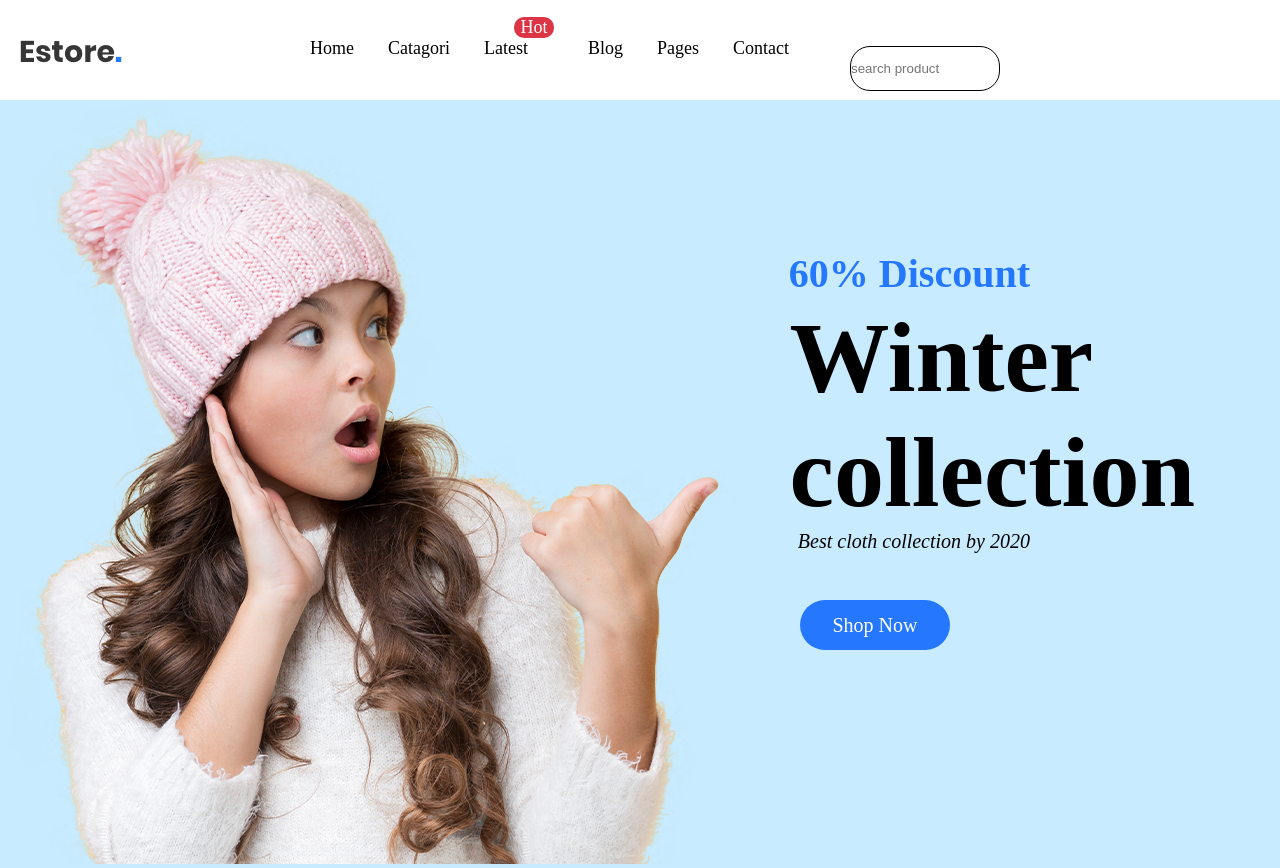
Repository: nhutduy0803/template1
Page: index.html
The author's editor kept a copy of each file at every save. The page is drawn from the files as they stood at one save, then again after the next save.
The browser window is 1280 px wide. The pictures show the whole page.

Above is the page before, as saved 2021-12-02 21:52:07.

After the next save:
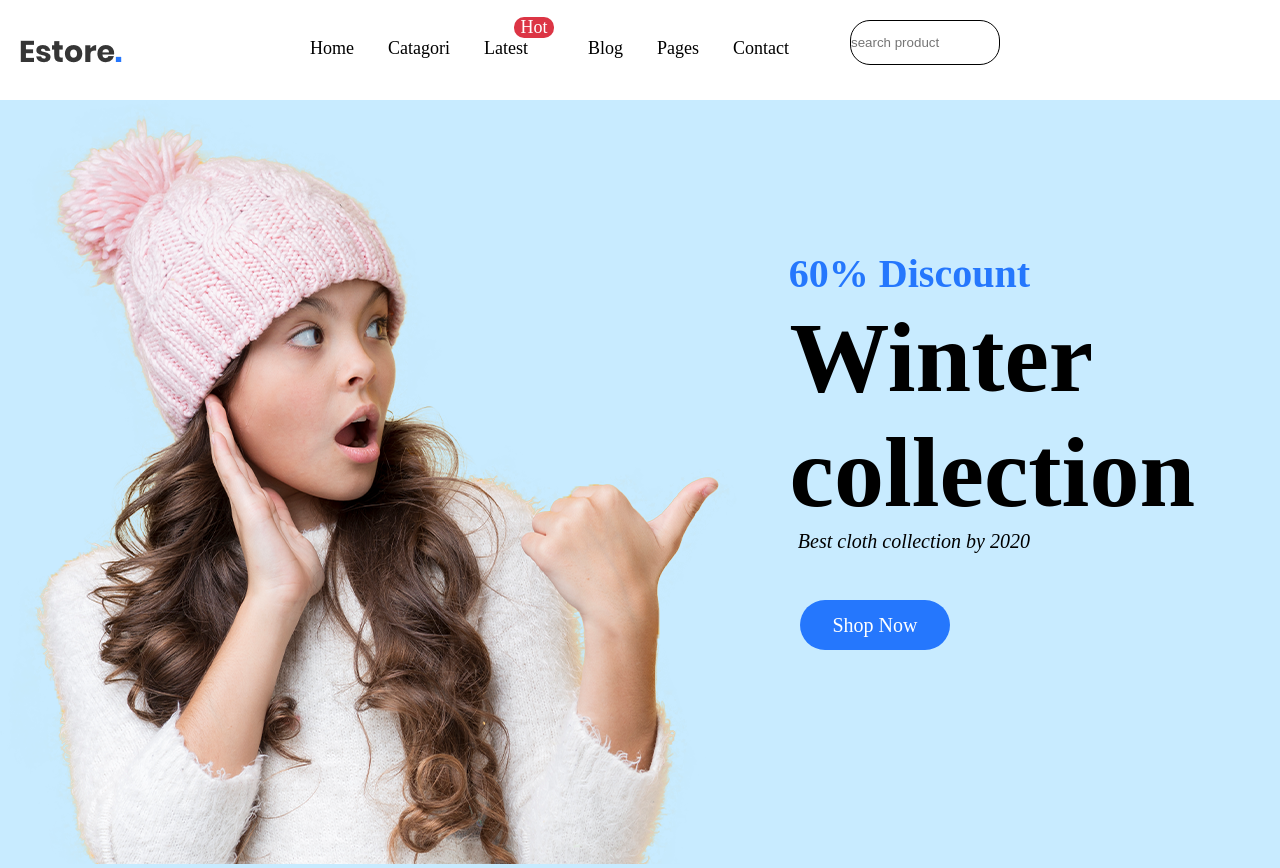
Saved 15 s later.
--- a/assets/css/style.css
+++ b/assets/css/style.css
@@ -225,7 +225,8 @@ html {
 .search input {
   width: 150px;
   margin-left: 850px;
-  margin-top: -100px;
+  position: absolute;
+  top: 20px;
   border-radius: 20px;
   border: 1px solid #000;
   height: 45px;
